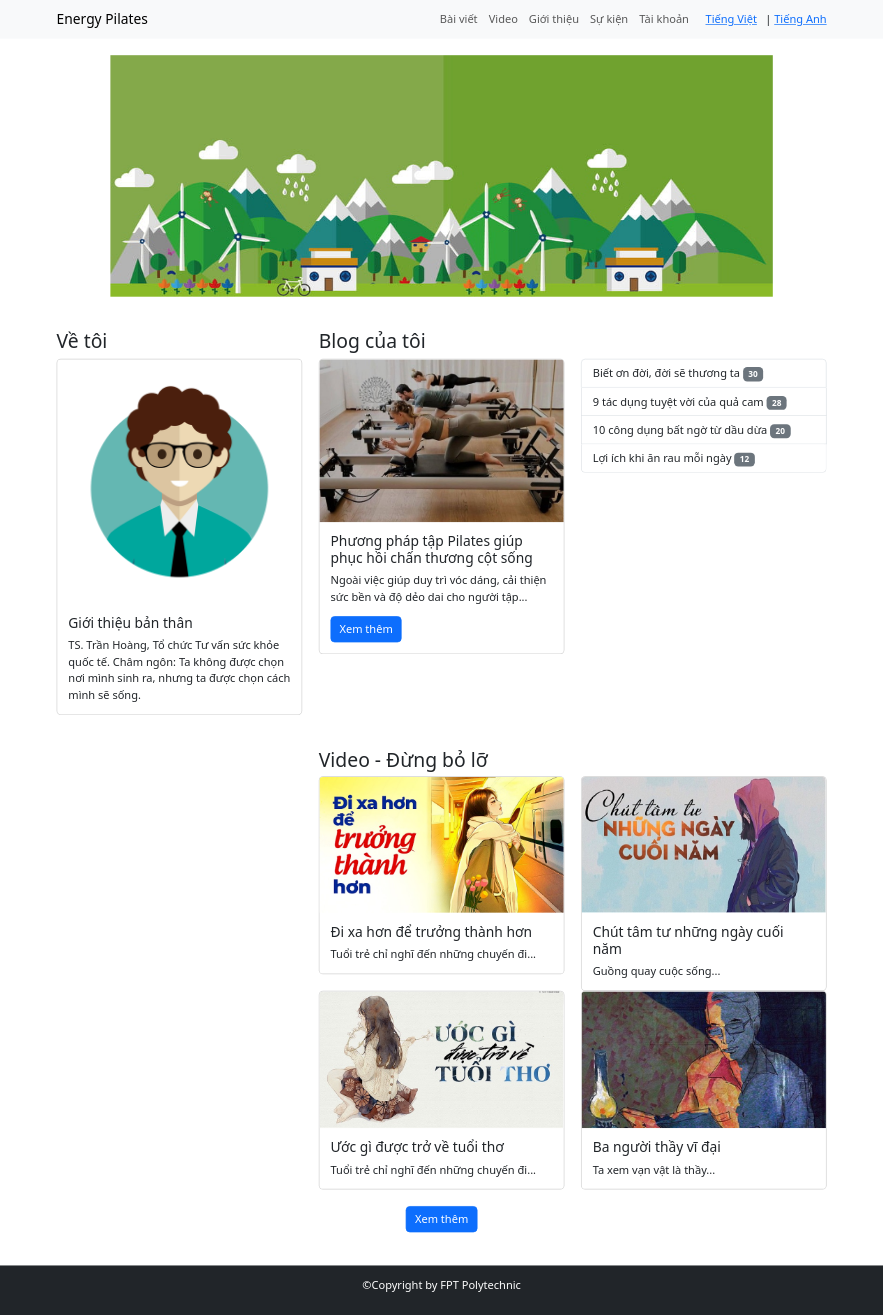
Repository: KizukoHeiwa/SOF308
Page: Lab3/index.html
These files come from the project's save history. The page is drawn as it stood at one moment and after the next save; the edit follows.
The browser window is 1280 px wide. The pictures show the whole page, at 69% of full size.

Above is the page before, as saved 2024-11-07 11:15:36.

### Lab3/index.html
<!DOCTYPE html>
<html lang="en">
<head>
    <meta charset="UTF-8">
    <meta name="viewport" content="width=device-width, initial-scale=1.0">
    <title>FPT Polytechnic</title>
</head>
<link href="https://cdn.jsdelivr.net/npm/bootstrap@5.3.3/dist/css/bootstrap.min.css" rel="stylesheet">
<link rel="stylesheet" href="https://cdnjs.cloudflare.com/ajax/libs/font-awesome/6.0.0-beta3/css/all.min.css">
<script src="https://cdn.jsdelivr.net/npm/bootstrap@5.3.3/dist/js/bootstrap.bundle.min.js"></script>
<body>

    <!-- Navbar -->
    <nav class="navbar navbar-expand-lg navbar-light bg-light">
      <div class="container">
        <a class="navbar-brand" href="#">Energy Pilates</a>
        <button class="navbar-toggler" type="button" data-bs-toggle="collapse" data-bs-target="#navbarNav" aria-controls="navbarNav" aria-expanded="false" aria-label="Toggle navigation">
          <span class="navbar-toggler-icon"></span>
        </button>
        <div class="collapse navbar-collapse" id="navbarNav">
          <ul class="navbar-nav ms-auto">
            <li class="nav-item"><a class="nav-link" href="#">Bài viết</a></li>
            <li class="nav-item"><a class="nav-link" href="#">Video</a></li>
            <li class="nav-item"><a class="nav-link" href="#">Giới thiệu</a></li>
            <li class="nav-item"><a class="nav-link" href="#">Sự kiện</a></li>
            <li class="nav-item"><a class="nav-link" href="#">Tài khoản</a></li>
          </ul>
          <div class="ms-3">
            <a href="#" class="me-2">Tiếng Việt</a> | <a href="#">Tiếng Anh</a>
          </div>
        </div>
      </div>
    </nav>

    <!-- Banner -->
    <div class="container mt-4">
      <div class="row">
        <div class="col text-center">
          <img src="images/banner1.jpg" alt="Banner" class="img-fluid" style="max-height: 400px;">
        </div>
      </div>
    </div>

    <!-- About and Blog Section -->
    <div class="container my-5">
      <div class="row">
        <div class="col-md-4">
          <h3>Về tôi</h3>
          <div class="card">
            <img src="images/avatar.png" class="card-img-top" alt="Giới thiệu bản thân">
            <div class="card-body">
              <h5 class="card-title">Giới thiệu bản thân</h5>
              <p class="card-text">TS. Trần Hoàng, Tổ chức Tư vấn sức khỏe quốc tế. Châm ngôn: Ta không được chọn nơi mình sinh ra, nhưng ta được chọn cách mình sẽ sống.</p>
            </div>
          </div>
        </div>

        <div class="col-md-8">
          <h3>Blog của tôi</h3>
          <div class="row">
            <div class="col-md-6">
              <div class="card mb-3">
                <img src="images/tap-piltes.jpg" class="card-img-top" alt="Blog">
                <div class="card-body">
                  <h5 class="card-title">Phương pháp tập Pilates giúp phục hồi chấn thương cột sống</h5>
                  <p class="card-text">Ngoài việc giúp duy trì vóc dáng, cải thiện sức bền và độ dẻo dai cho người tập...</p>
                  <a href="#" class="btn btn-primary">Xem thêm</a>
                </div>
              </div>
            </div>
            <div class="col-md-6">
              <ul class="list-group">
                <li class="list-group-item">Biết ơn đời, đời sẽ thương ta <span class="badge bg-secondary">30</span></li>
                <li class="list-group-item">9 tác dụng tuyệt vời của quả cam <span class="badge bg-secondary">28</span></li>
                <li class="list-group-item">10 công dụng bất ngờ từ dầu dừa <span class="badge bg-secondary">20</span></li>
                <li class="list-group-item">Lợi ích khi ăn rau mỗi ngày <span class="badge bg-secondary">12</span></li>
              </ul>
            </div>
          </div>
        </div>
      </div>
    </div>

    <!-- Video Section -->
    <div class="container my-5">
      <div class="row">
        <div class="col-4">

        </div>
        <div class="col-8">
            <div class="row">
                <h3>Video - Đừng bỏ lỡ</h3>
                <div class="col-md-6 mb-3">
                  <div class="card">
                    <img src="images/video1.jpg" class="card-img-top" alt="Video 1">
                    <div class="card-body">
                      <h5 class="card-title">Đi xa hơn để trưởng thành hơn</h5>
                      <p class="card-text">Tuổi trẻ chỉ nghĩ đến những chuyến đi...</p>
                    </div>
                  </div>
                </div>
                <div class="col-md-6">
                  <div class="card">
                    <img src="images/video2.jpg" class="card-img-top" alt="Video 2">
                    <div class="card-body">
                      <h5 class="card-title">Chút tâm tư những ngày cuối năm</h5>
                      <p class="card-text">Guồng quay cuộc sống...</p>
                    </div>
                  </div>
                </div>
                <div class="col-md-6">
                  <div class="card">
                    <img src="images/video3.jpg" class="card-img-top" alt="Video 3">
                    <div class="card-body">
                      <h5 class="card-title">Ước gì được trở về tuổi thơ</h5>
                      <p class="card-text">Tuổi trẻ chỉ nghĩ đến những chuyến đi...</p>
                    </div>
                  </div>
                </div>
                <div class="col-md-6">
                  <div class="card">
                    <img src="images/video4.jpg" class="card-img-top" alt="Video 4">
                    <div class="card-body">
                      <h5 class="card-title">Ba người thầy vĩ đại</h5>
                      <p class="card-text">Ta xem vạn vật là thầy...</p>
                    </div>
                  </div>
                </div>
            </div>
        </div>
      </div>
      <div class="text-center mt-4">
        <a href="#" class="btn btn-primary">Xem thêm</a>
      </div>
    </div>

    <!-- Footer -->
    <footer class="bg-dark text-white text-center py-3">
      <div class="container">
        <p>&copy;Copyright by FPT Polytechnic</p>
      </div>
    </footer>

    <script src="https://cdn.jsdelivr.net/npm/bootstrap@5.0.2/dist/js/bootstrap.bundle.min.js"></script>
    </body>
</html>

After the next save:
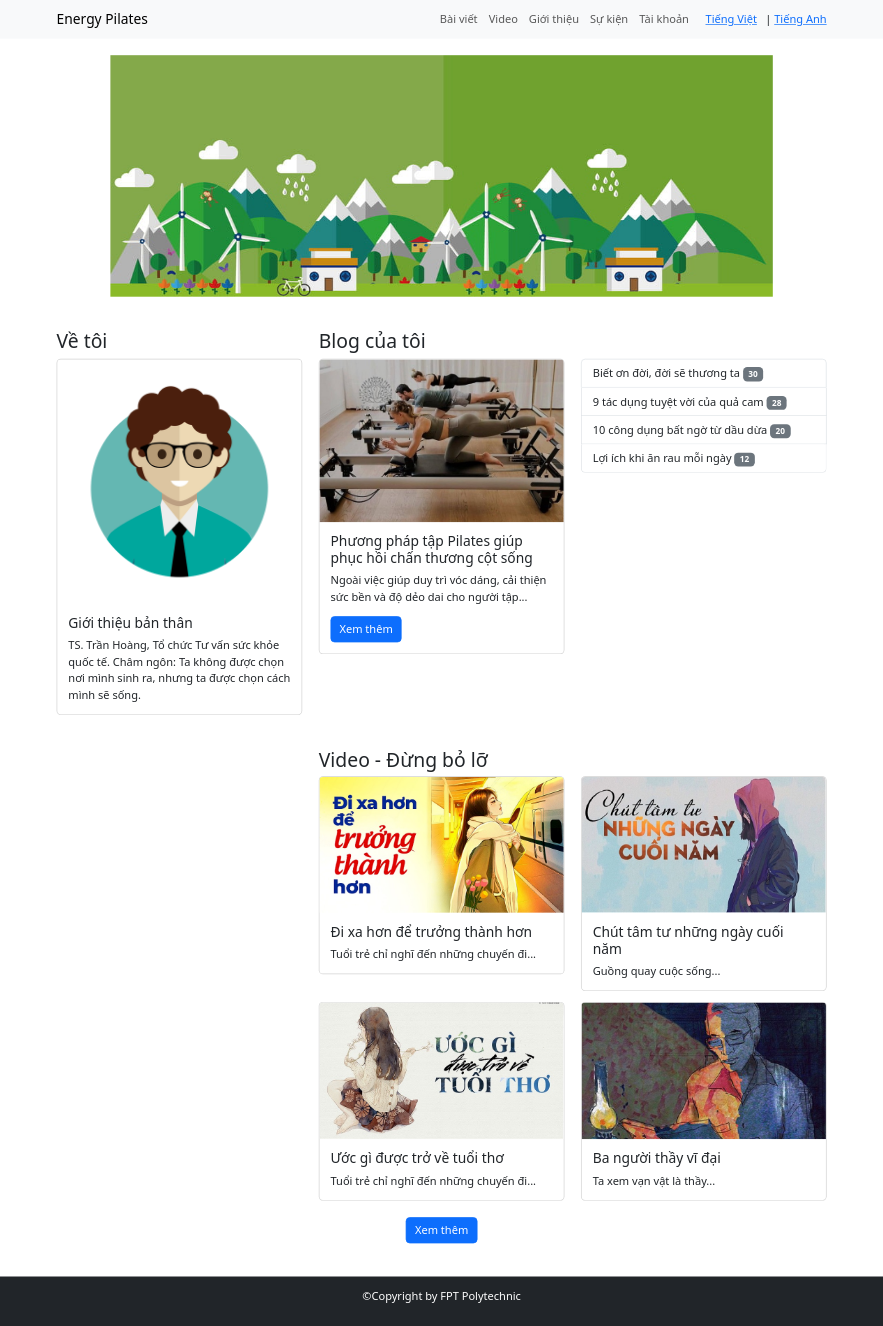
Saved 15 s later.
--- a/Lab3/index.html
+++ b/Lab3/index.html
@@ -99,7 +99,7 @@
                     </div>
                   </div>
                 </div>
-                <div class="col-md-6">
+                <div class="col-md-6 mb-3">
                   <div class="card">
                     <img src="images/video2.jpg" class="card-img-top" alt="Video 2">
                     <div class="card-body">
